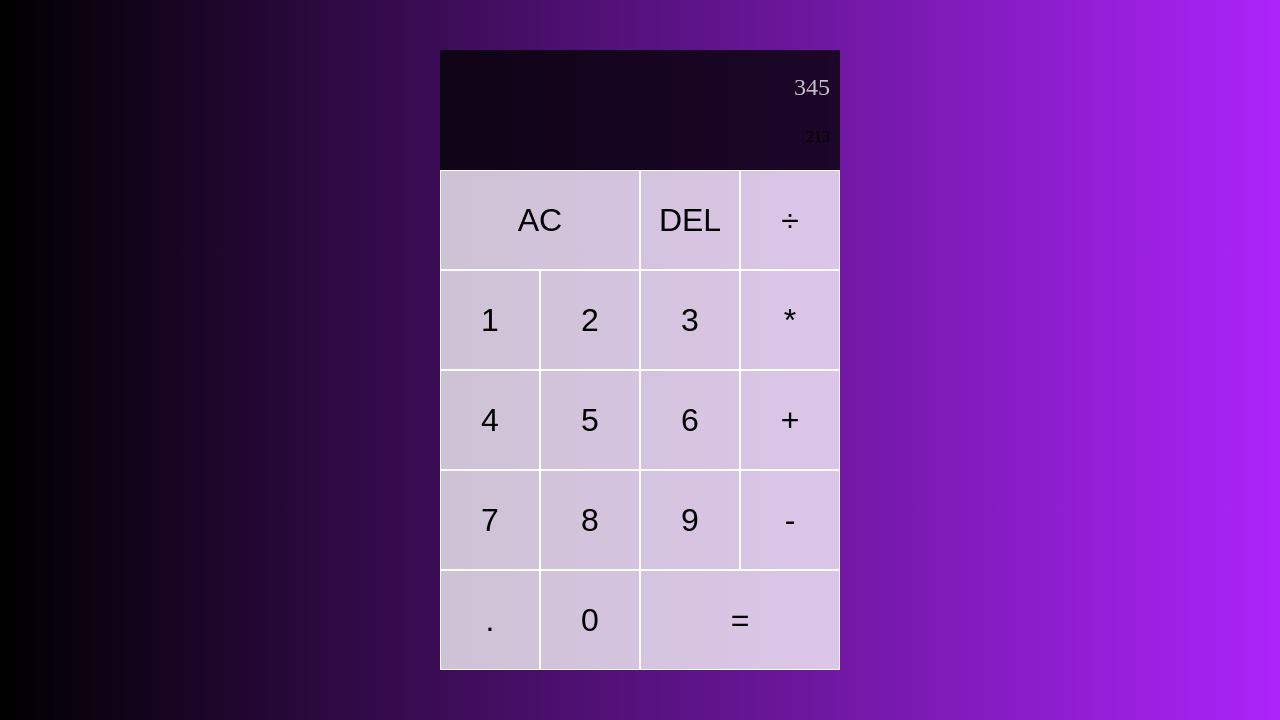
Repository: burntaftermint/calculator
Page: index.html
An editor plug-in stored every save of this project. The page is shown before and after the next save, followed by the edit.
The browser window is 1280 px wide. The pictures show the whole page.

Above is the page before, as saved 2023-11-01 02:43:23.

### index.html
<!DOCTYPE html>
<html lang="en">
<head>
    <meta charset="UTF-8">
    <meta name="viewport" content="width=device-width, initial-scale=1.0">
    <title>Calculator</title>
    <link href="styles.css" rel="stylesheet">
    <script src="script.js" defer></script>
</head>
<body>
    <div class="calculator-grid">
        <div class="output">
            <div class="previous-operand">345</div>
                <div class="current-operand">213</div>
        </div>
        <button class="span-two">AC</button>
        <button>DEL</button>
        <button>÷</button>
        <button>1</button>
        <button>2</button>
        <button>3</button>
        <button>*</button>
        <button>4</button>
        <button>5</button>
        <button>6</button>
        <button>+</button>
        <button>7</button>
        <button>8</button>
        <button>9</button>
        <button>-</button>
        <button>.</button>
        <button>0</button>
        <button class="span-two">=</button>

    </div>
</body>
</html>

### styles.css
*::before, *::after {
    box-sizing: border-box;
    font-family: Gotham Rounded, sans-serif;
    font-weight: normal;
}

body {
    padding: 0;
    margin: 0;
    background: linear-gradient(to right, #000000, #ac24fa);
}

.calculator-grid {
    display: grid;
    justify-content: center;
    align-content: center;
    min-height: 100vh;
    grid-template-columns: repeat(4, 100px);
    grid-template-rows: minmax(120px, auto) repeat(5, 100px);
}

.calculator-grid > button {
    cursor: pointer;
    font-size: 2rem;
    border: 1px solid white;
    outline: none;
    background-color: rgba(255, 255, 255, .75);
}

.calculator-grid > button:hover {
    background-color: rgba(255, 255, 255, 0.9);
}

.span-two {
    grid-column: span 2;
}

.output {
    grid-column: 1 / -1;
    background-color: rgba(0, 0, 0, .75);
    display: flex;
    align-items: flex-end;
    justify-content: space-around;
    flex-direction: column;
    padding: 10px;
    word-wrap: break-word;
    word-break: break-all;
}

.output .previous-operand {
    color: rgba(255, 255, 255, .75);
    font-size: 1.5rem;
}
.output .previous-operand {
    color: rgba(255, 255, 255, .75);
    font-size: 1.5rem;
}

Loaded but not shown: script.js (no copy from this time; the picture is the same without it)

After the next save:
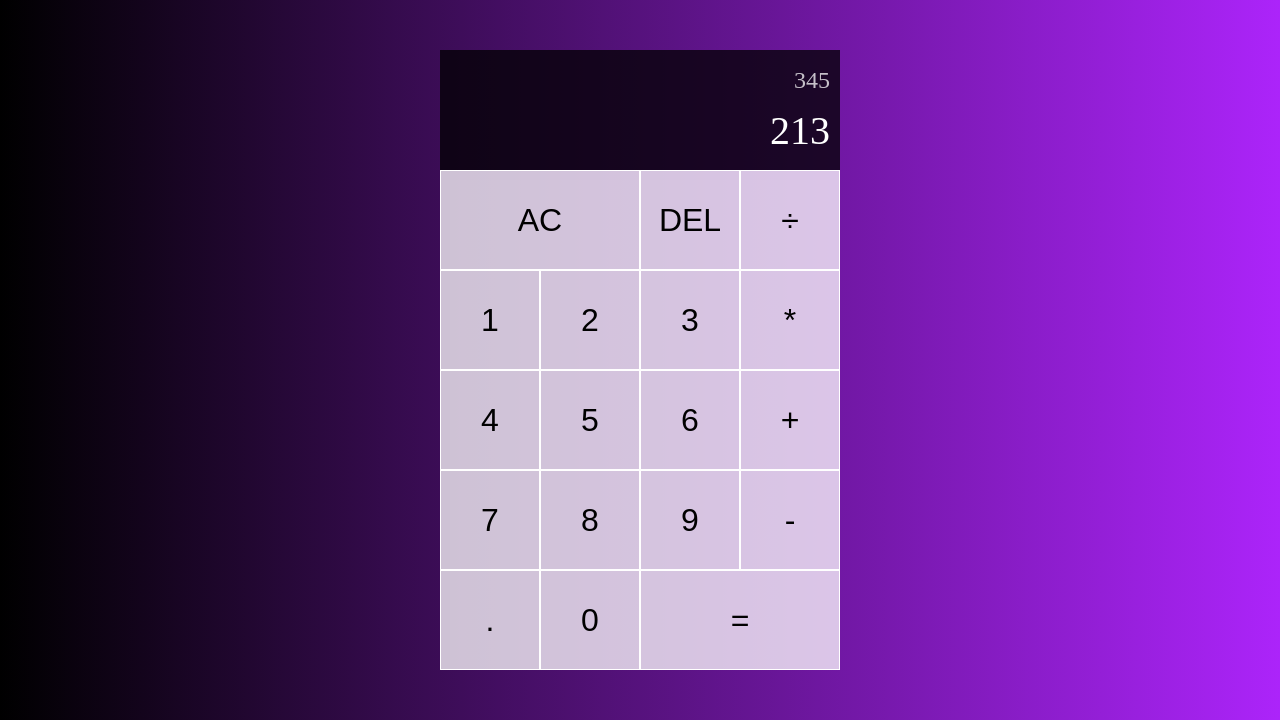
Saved 39 s later.
--- a/styles.css
+++ b/styles.css
@@ -51,7 +51,7 @@ body {
     color: rgba(255, 255, 255, .75);
     font-size: 1.5rem;
 }
-.output .previous-operand {
-    color: rgba(255, 255, 255, .75);
-    font-size: 1.5rem;
+.output .current-operand {
+    color: white;
+    font-size: 2.5rem;
 }
